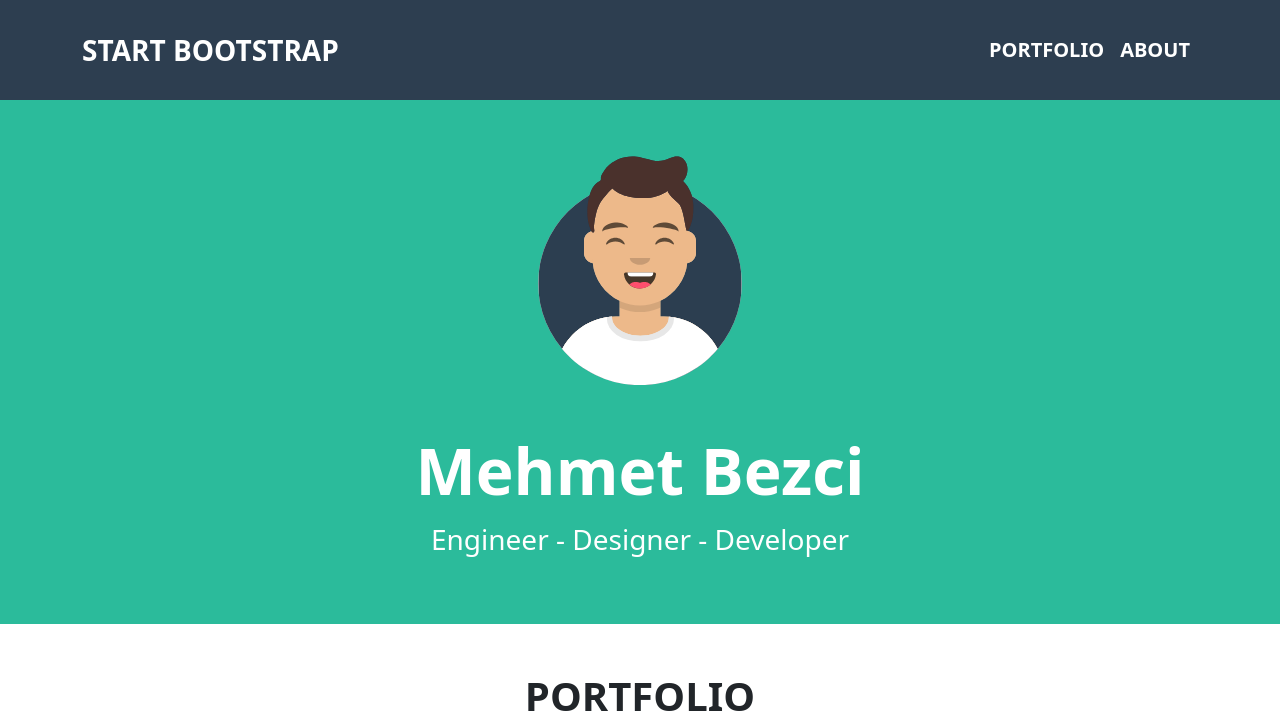
Repository: 7JaxeN7/WT-1255P-Mehmet_BEZC-
Page: index.html
These files come from the project's save history. The page is drawn as it stood at one moment and after the next save; the edit follows.
The browser window is 1280 px wide. The pictures show the whole page.

Above is the page before, as saved 2025-01-06 21:21:06.

### index.html
<!DOCTYPE html>
<html lang="tr">

<head>
  <meta charset="UTF-8">
  <meta name="viewport" content="width=device-width, initial-scale=1.0">
  <link rel="stylesheet" href="style.css">
  <link href="https://cdn.jsdelivr.net/npm/bootstrap@5.3.3/dist/css/bootstrap.min.css" rel="stylesheet"
    integrity="sha384-QWTKZyjpPEjISv5WaRU9OFeRpok6YctnYmDr5pNlyT2bRjXh0JMhjY6hW+ALEwIH" crossorigin="anonymous">
  <title>Start Bootstrap</title>
</head>

<body>
  <!-- Navbar -->
  <header>
    <nav class="navbar navbar-expand-lg navbar-bg">
      <div class="container pt-3 pb-3">
        <a class="navbar-brand text-white fw-bolder fs-3" href="#">START BOOTSTRAP</a>
        <button class="navbar-toggler" type="button" data-bs-toggle="collapse" data-bs-target="#navbarNav"
          aria-controls="navbarNav" aria-expanded="false" aria-label="Toggle navigation">
          <span class="navbar-toggler-icon"></span>
        </button>
        <div class="collapse navbar-collapse" id="navbarNav">
          <ul class="navbar-nav ms-auto">
            <li class="nav-item">
              <a class="nav-link text-white fw-bolder fs-5" href="#">PORTFOLIO</a>
            </li>
            <li class="nav-item">
              <a class="nav-link text-white fw-bolder fs-5" href="#">ABOUT</a>
            </li>
          </ul>
        </div>
      </div>
    </nav>
  </header>
  <!-- Herosection -->
   <div class="herosection-bg pt-5 pb-5">
    <div class="container text-center">
      <img src="/assets/img/avataaars.svg" width="20%"/>
    <h1 class="mt-5 text-white fw-bolder display-3">Mehmet Bezci</h1>
    <p class="text-white fs-3">Engineer - Designer - Developer</p>
    </div>
   </div>
   <!-- Portfolio -->
    <div class="portfolio-section">
      <h2 class="text-center mt-5 fs-1 fw-semibold">PORTFOLIO</h2>
    </div>
  <!-- Burası bootstrap script kısmı -->
  <script src="https://cdn.jsdelivr.net/npm/bootstrap@5.3.3/dist/js/bootstrap.bundle.min.js"
    integrity="sha384-YvpcrYf0tY3lHB60NNkmXc5s9fDVZLESaAA55NDzOxhy9GkcIdslK1eN7N6jIeHz"
    crossorigin="anonymous"></script>
</body>

</html>

### style.css
.navbar-bg {
  background-color: #2d3e50 !important;
}
.herosection-bg{
    background-color: #2bbb9b ;
}
.portfolio-tittle{
    color: #2c425a;
}

After the next save:
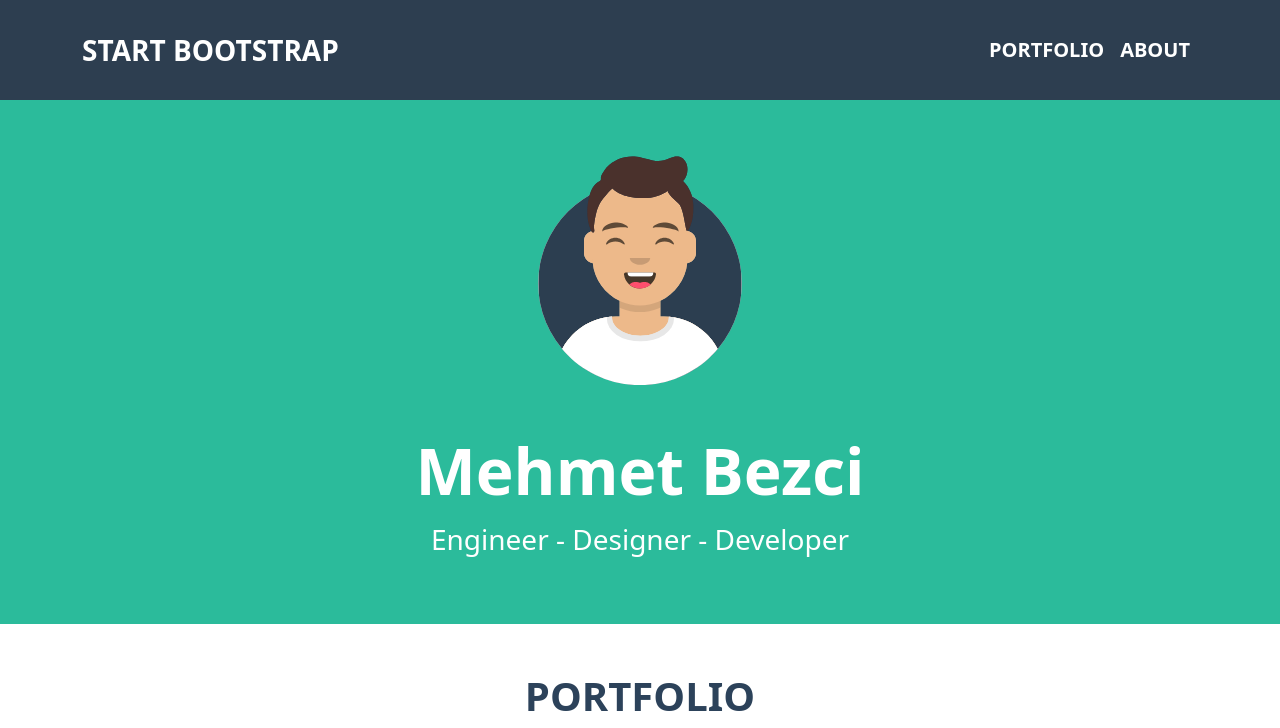
Saved 19 s later.
--- a/index.html
+++ b/index.html
@@ -43,7 +43,7 @@
    </div>
    <!-- Portfolio -->
     <div class="portfolio-section">
-      <h2 class="text-center mt-5 fs-1 fw-semibold">PORTFOLIO</h2>
+      <h2 class="text-center mt-5 fs-1 fw-semibold portfolio-tittle">PORTFOLIO</h2>
     </div>
   <!-- Burası bootstrap script kısmı -->
   <script src="https://cdn.jsdelivr.net/npm/bootstrap@5.3.3/dist/js/bootstrap.bundle.min.js"
